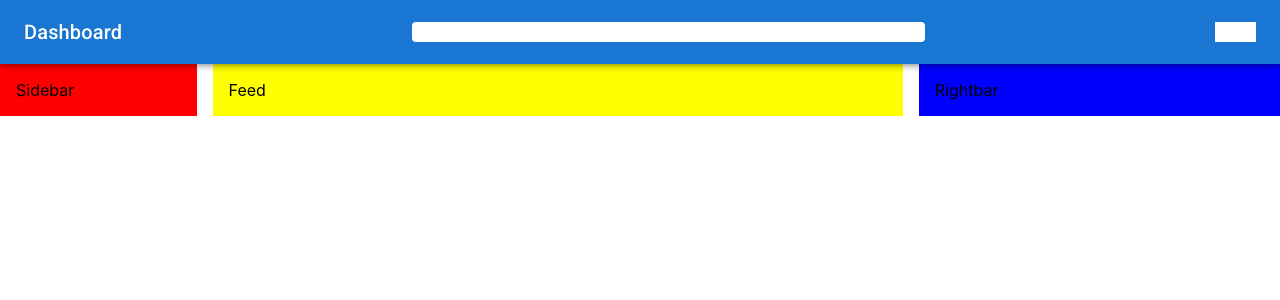
Repository: abubaker-cs/mui5_dashboard
Page: /
The author's editor kept a copy of each file at every save. The page is drawn from the files as they stood at one save, then again after the next save.
The browser window is 1280 px wide. The pictures show the whole page.
The project was rebuilt for these pictures with package versions that can differ from the ones it lists, and the page was loaded fresh each time. Also part of the build but not shown: src/App.css.

Above is the page before, as saved 2022-07-17 06:03:15.

### public/index.html
<!DOCTYPE html>
<html lang="en">
  <head>
    <meta charset="utf-8" />
    <link rel="icon" href="%PUBLIC_URL%/favicon.ico" />
    <meta name="viewport" content="width=device-width, initial-scale=1" />
    <meta name="theme-color" content="#000000" />
    <meta
      name="description"
      content="Web site created using create-react-app"
    />
    <link rel="apple-touch-icon" href="%PUBLIC_URL%/logo192.png" />

    <link rel="manifest" href="%PUBLIC_URL%/manifest.json" />
    <link
      rel="stylesheet"
      href="https://fonts.googleapis.com/css?family=Roboto:300,400,500,700&display=swap"
    />
    <link
      rel="stylesheet"
      href="https://fonts.googleapis.com/icon?family=Material+Icons"
    />

    <title>React App</title>
  </head>
  <body>
    <noscript>You need to enable JavaScript to run this app.</noscript>
    <div id="root"></div>
  </body>
</html>

### src/App.js
import "./App.css";
import Sidebar from "./components/Sidebar";
import Feed from "./components/Feed";
import Rightbar from "./components/Rightbar";
import { Box, Stack } from "@mui/material";
import Navbar from "./components/Navbar";

function App() {
  return (
    <Box>
      <Navbar />
      <Stack direction="row" spacing={2} justifyContent="space-evenly">
        <Sidebar />
        <Feed />
        <Rightbar />
      </Stack>
    </Box>
  );
}

export default App;

### src/components/Sidebar.jsx
import { Box } from "@mui/material";
import React from "react";

const Sidebar = () => {
  return (
    <Box
      bgcolor="red"
      flex={1}
      p={2}
      sx={{ display: { xs: "none", sm: "block" } }}
    >
      Sidebar
    </Box>
  );
};

export default Sidebar;

### src/components/Feed.jsx
import { Box } from "@mui/material";
import React from "react";

const Feed = () => {
  return (
    <Box bgcolor="yellow" flex={4} p={2}>
      Feed
    </Box>
  );
};

export default Feed;

### src/components/Rightbar.jsx
import { Box } from "@mui/material";
import React from "react";

const Rightbar = () => {
  return (
    <Box
      bgcolor="blue"
      flex={2}
      p={2}
      sx={{ display: { xs: "none", sm: "block" } }}
    >
      Rightbar
    </Box>
  );
};

export default Rightbar;

### src/components/Navbar.jsx
import { Dashboard } from "@mui/icons-material";
import { AppBar, Toolbar, styled, Typography, Box } from "@mui/material";
import React from "react";

// Base styles for custom Toolbar wrapper | flex justify = space-between
const StyledToolbar = styled(Toolbar)({
  display: "flex",
  justifyContent: "space-between",
});

//
const Search = styled("div")(({ theme }) => ({
  backgroundColor: "white",
  padding: "0 10px",
  borderRadius: theme.shape.borderRadius,
  width: "40%",
}));

const Icons = styled(Box)(({ theme }) => ({
  backgroundColor: "white",
}));

const Navbar = () => {
  return (
    <AppBar position="sticky">
      <StyledToolbar>
        <Typography
          variant="h6"
          sx={{
            display: {
              xs: "none",
              sm: "block",
            },
          }}
        >
          Dashboard
        </Typography>
        <Dashboard
          sx={{
            display: {
              xs: "block",
              sm: "none",
            },
          }}
        />
        <Search>Search</Search>
        <Icons>Icons</Icons>
      </StyledToolbar>
    </AppBar>
  );
};

export default Navbar;

Loaded but not shown: src/index.js (common file); src/index.css (common file)

After the next save:
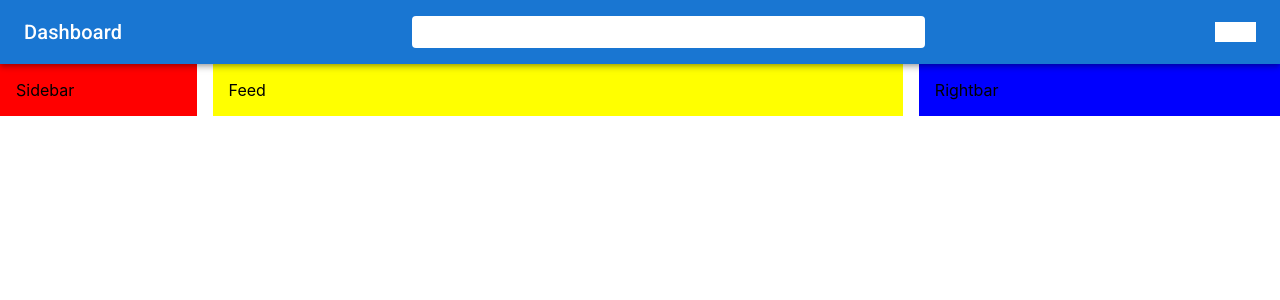
Saved 91 s later.
--- a/src/components/Navbar.jsx
+++ b/src/components/Navbar.jsx
@@ -1,5 +1,12 @@
 import { Dashboard } from "@mui/icons-material";
-import { AppBar, Toolbar, styled, Typography, Box } from "@mui/material";
+import {
+  AppBar,
+  Toolbar,
+  styled,
+  Typography,
+  Box,
+  InputBase,
+} from "@mui/material";
 import React from "react";
 
 // Base styles for custom Toolbar wrapper | flex justify = space-between
@@ -43,7 +50,9 @@ const Navbar = () => {
             },
           }}
         />
-        <Search>Search</Search>
+        <Search>
+          <InputBase />
+        </Search>
         <Icons>Icons</Icons>
       </StyledToolbar>
     </AppBar>
